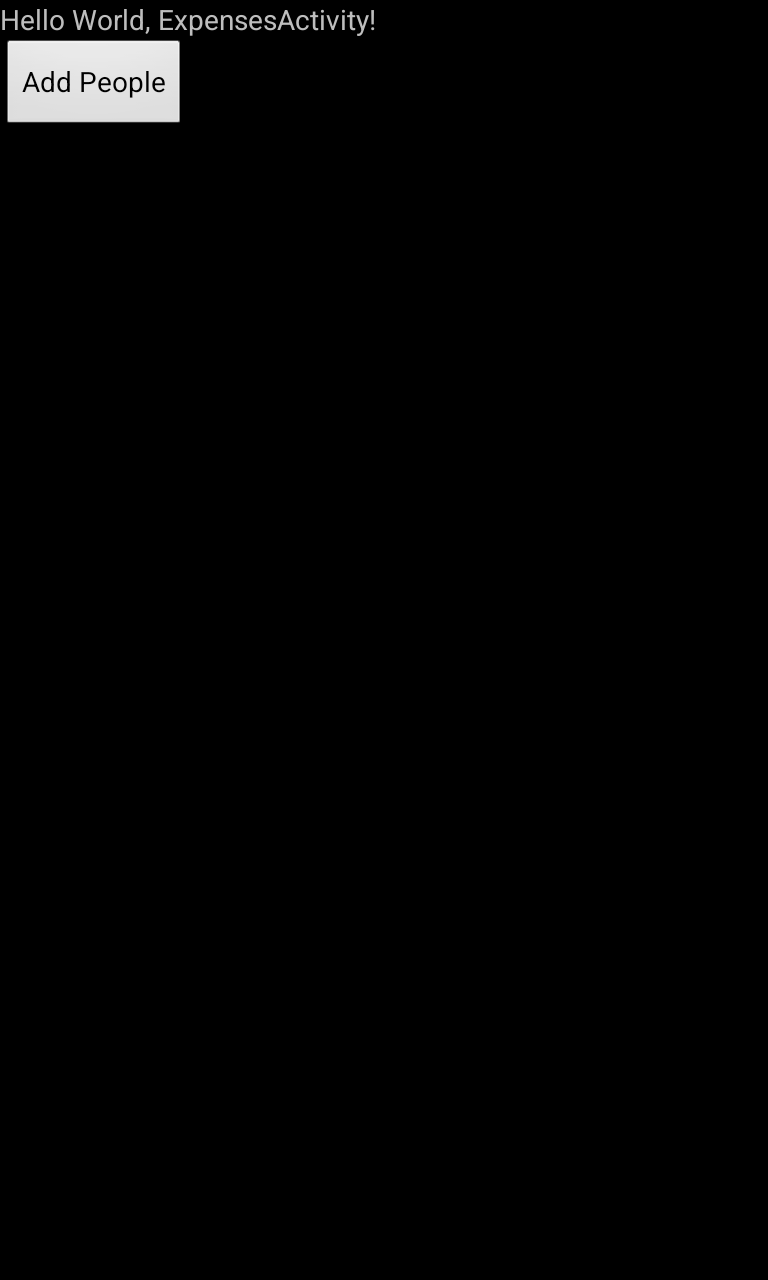
Repository: iyeranan/Expenses
Layout: Expenses/res/layout/main.xml
An editor plug-in stored every save of this project. The layout is shown before and after the next save, followed by the edit.
It is drawn on a 768 x 1280 px phone screen (xhdpi) without system bars, with theme android:Theme; the app's code is not run.

Above is the layout before, as saved 2012-01-04 04:55:13.

After the next save:
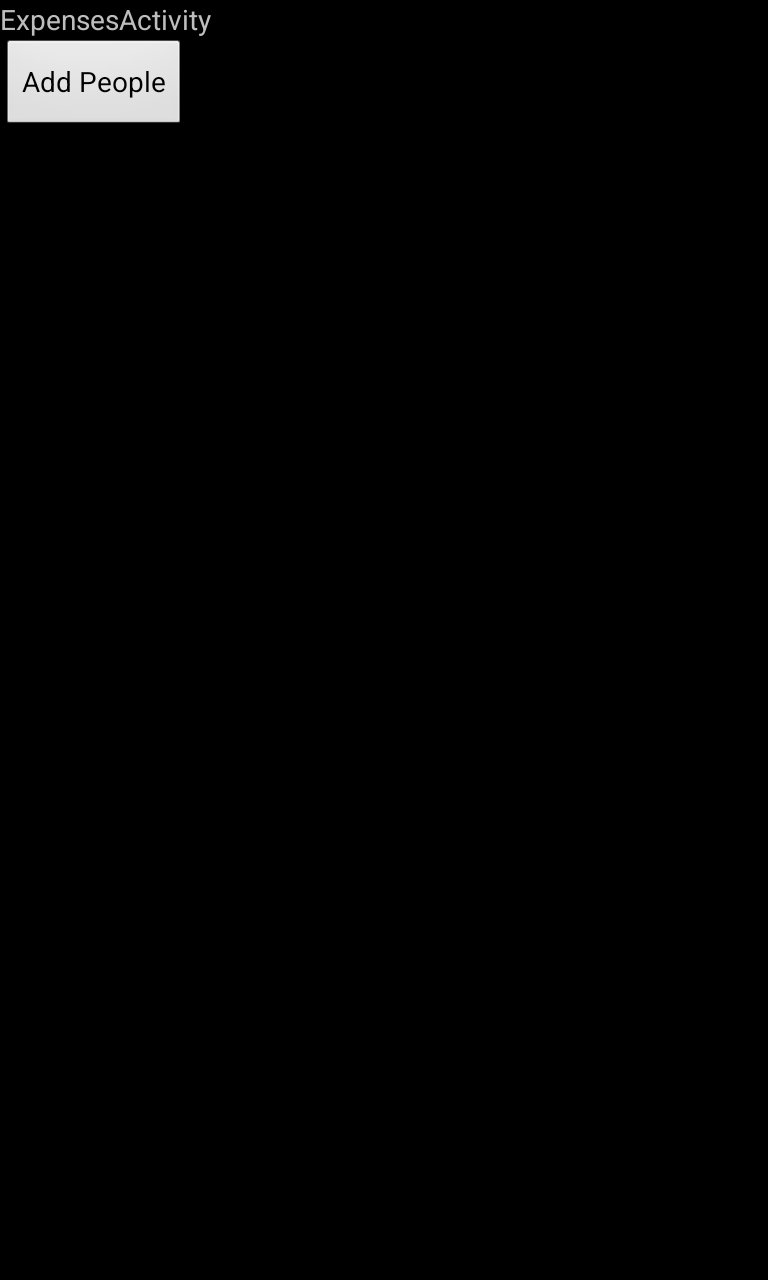
Saved 35 s later.
--- a/Expenses/res/values/strings.xml
+++ b/Expenses/res/values/strings.xml
@@ -1,5 +1,5 @@
 <?xml version="1.0" encoding="utf-8"?>
 <resources>
-    <string name="hello">Hello World, ExpensesActivity!</string>
+    <string name="hello">ExpensesActivity</string>
     <string name="app_name">Expenses</string>
 </resources>
